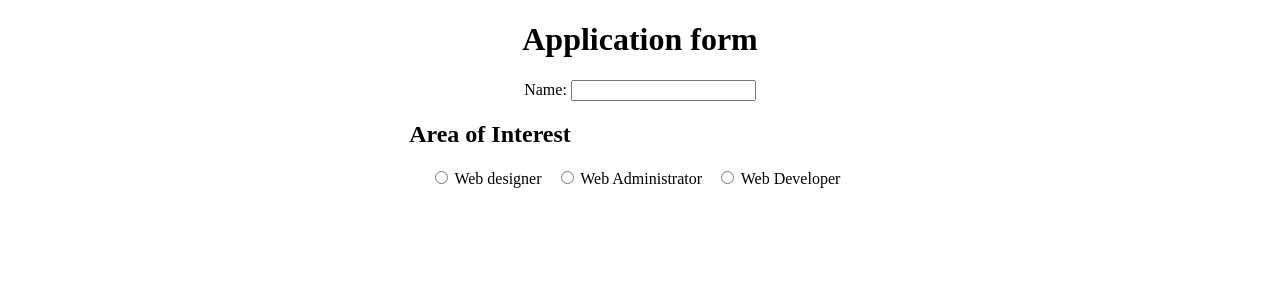
Repository: thanhp6868/ltWeb
Page: 2709_3.html
These files come from the project's save history. The page is drawn as it stood at one moment and after the next save; the edit follows.
The browser window is 1280 px wide. The pictures show the whole page.

Above is the page before, as saved 2023-09-27 14:53:21.

After the next save:
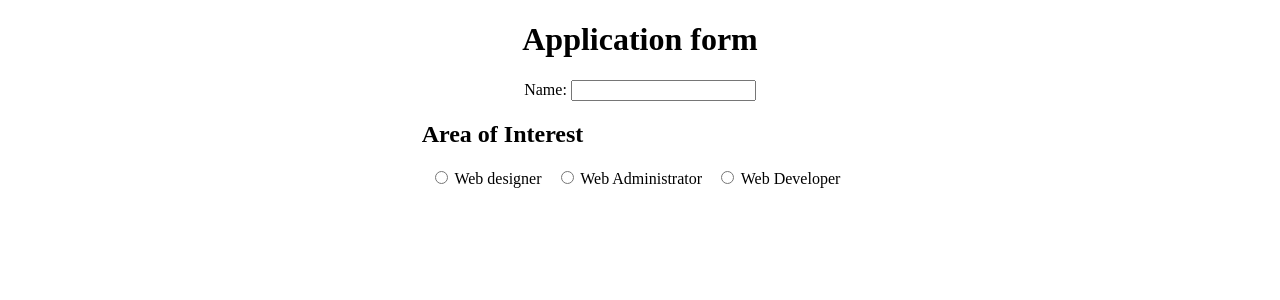
Saved 7 s later.
--- a/2709_3.html
+++ b/2709_3.html
@@ -17,7 +17,7 @@
             <label>Name: </label>
             <input type="label" value="">
         </div>
-        <h2 style="margin-right: 300px;"> Area of Interest</h2>
+        <h2 style="margin-right: 275px;"> Area of Interest</h2>
         <input type="radio" id="choice1" name="choice" value="option1">
         <label for="choice1" style="padding-right: 10px;">Web designer</label>
         <input type="radio" id="choice1" name="choice" value="option1">
